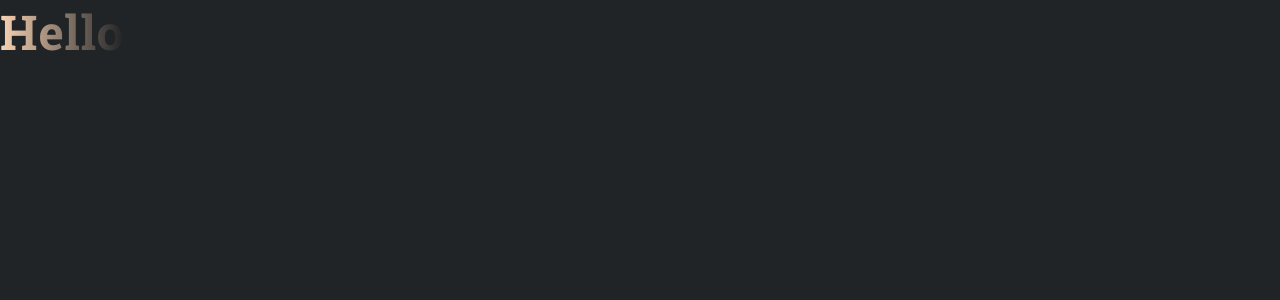
Repository: abubaker-cs/movieland
Page: /
The author's editor kept a copy of each file at every save. The page is drawn from the files as they stood at one save, then again after the next save.
The browser window is 1280 px wide. The pictures show the whole page.
The page's requests for data from a server got no answer. The project was rebuilt for these pictures with package versions that can differ from the ones it lists, and the page was loaded fresh each time. No one was signed in, and anything a server would have sent is missing. Also part of the build but not shown: src/index.css.

Above is the page before, as saved 2022-07-16 05:54:46.

### src/App.js
import { useEffect } from "react";

import "./App.css";
import SearchIcon from "./search.svg";

// API from http://www.omdbapi.com/
const API_URL = "http://www.omdbapi.com?apikey=d0a01edd";

function App() {
  const searchMovies = async (title) => {
    const response = await fetch(`${API_URL}&s=${title}`);
    const data = await response.json();
    console.log(data.Search);
  };

  useEffect(() => {
    searchMovies("spiderman");
  }, []);

  return (
    <>
      <h1>Hello</h1>
    </>
  );
}

export default App;

Loaded but not shown: public/index.html (common file); src/index.js (common file); src/reportWebVitals.js (common file); src/App.css (common file)

After the next save:
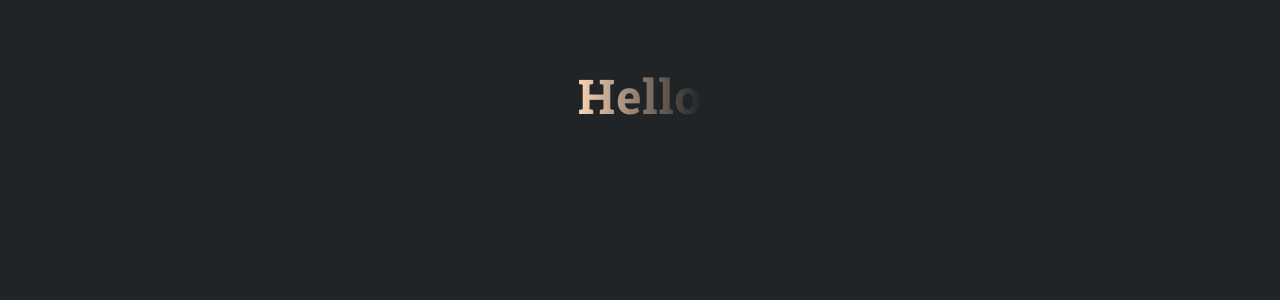
Saved 9 h 42 min later.
--- a/src/App.js
+++ b/src/App.js
@@ -18,9 +18,9 @@
   }, []);
 
   return (
-    <>
+    <div className="app">
       <h1>Hello</h1>
-    </>
+    </div>
   );
 }
 
